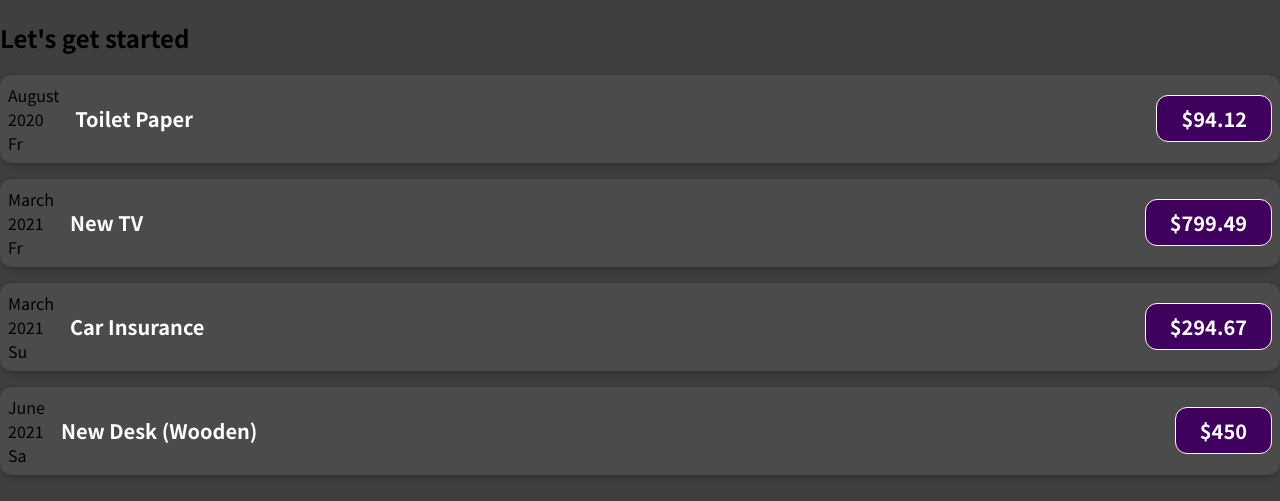
Repository: runner855/expense-tracker
Page: /
The author's editor kept a copy of each file at every save. The page is drawn from the files as they stood at one save, then again after the next save.
The browser window is 1280 px wide. The pictures show the whole page.
The project was rebuilt for these pictures with package versions that can differ from the ones it lists, and the page was loaded fresh each time.

Above is the page before, as saved 2022-09-02 15:18:48.

### src/index.js
import React from 'react';
import ReactDOM from 'react-dom/client';
import expenses from './data/expenses.json';
import './styles/index.css';
import App from './components/App';

const root = ReactDOM.createRoot(document.getElementById('root'));
root.render(
  <React.StrictMode>
    <App expenses={expenses.expenses} />
  </React.StrictMode>
);

### src/data/expenses.json
{
  "expenses": [
    {
      "id": "e1",
      "title": "Toilet Paper",
      "amount": 94.12,
      "date": 1597408017000
    },
    {
      "id": "e2",
      "title": "New TV",
      "amount": 799.49,
      "date": 1615552017000
    },
    {
      "id": "e3",
      "title": "Car Insurance",
      "amount": 294.67,
      "date": 1616934417000
    },
    {
      "id": "e4",
      "title": "New Desk (Wooden)",
      "amount": 450,
      "date": 1623500817000
    }
  ]
}

### src/components/App.js
import React from 'react';
import ExpenseItem from '../components/ExpenseItem';


const App = (props) => {
  console.log(props)





  return (
    <div className="App">
      <h2>Let's get started</h2>
      <ExpenseItem date={props.expenses[0].date} title={props.expenses[0].title} amount={props.expenses[0].amount} />
      <ExpenseItem date={props.expenses[1].date} title={props.expenses[1].title} amount={props.expenses[1].amount} />
      <ExpenseItem date={props.expenses[2].date} title={props.expenses[2].title} amount={props.expenses[2].amount} />
      <ExpenseItem date={props.expenses[3].date} title={props.expenses[3].title} amount={props.expenses[3].amount} />






    </div>
  );
}

export default App;

### src/components/ExpenseItem.js
import React from 'react';
import '../styles/ExpenseItem.css'
import moment from 'moment';


const ExpenseItem = (props) => {

  const { date, title, amount } = props;
  const month = moment(date).format(' MMMM')
  const year = moment(date).format(" YYYY ")
  const day = moment(date).format('dd')


  return (
    <div className='expense-item'>
      <div>
        <div>{month}</div>
        <div>{year}</div>
        <div>{day}</div>


      </div>
      <div className='expense-item__description'>
        <h2>{`${title}`}</h2>
        <div className='expense-item__price'>
          ${`${amount}`}
        </div>
      </div>
    </div>)
}

export default ExpenseItem;

### src/styles/ExpenseItem.css
.expense-item {
  display: flex;
  justify-content: space-between;
  align-items: center;
  box-shadow: 0 2px 8px rgba(0, 0, 0, 0.25);
  padding: 0.5rem;
  margin: 1rem 0;
  border-radius: 12px;
  background-color: #4b4b4b;
}

.expense-item__description {
  display: flex;
  flex-direction: column;
  gap: 1rem;
  align-items: flex-end;
  flex-flow: column-reverse;
  justify-content: flex-start;
  flex: 1;
}

.expense-item h2 {
  color: #3a3a3a;
  font-size: 1rem;
  flex: 1;
  margin: 0 1rem;
  color: white;
}

.expense-item__price {
  font-size: 1rem;
  font-weight: bold;
  color: white;
  background-color: #40005d;
  border: 1px solid white;
  padding: 0.5rem;
  border-radius: 12px;
}

@media (min-width: 580px) {
  .expense-item__description {
    flex-direction: row;
    align-items: center;
    justify-content: flex-start;
    flex: 1;
  }

  .expense-item__description h2 {
    font-size: 1.25rem;
  }

  .expense-item__price {
    font-size: 1.25rem;
    padding: 0.5rem 1.5rem;
  }
}

Loaded but not shown: public/index.html (common file); src/styles/index.css (common file)

After the next save:
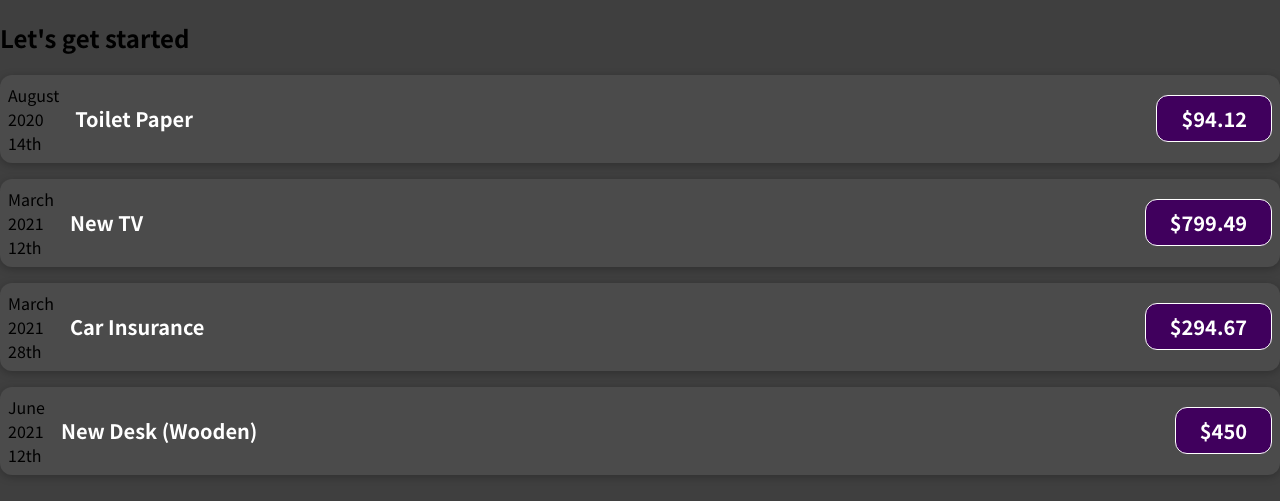
Saved 30 s later.
--- a/src/components/ExpenseItem.js
+++ b/src/components/ExpenseItem.js
@@ -8,7 +8,7 @@ const ExpenseItem = (props) => {
   const { date, title, amount } = props;
   const month = moment(date).format(' MMMM')
   const year = moment(date).format(" YYYY ")
-  const day = moment(date).format('dd')
+  const day = moment(date).format('Do')
 
 
   return (
